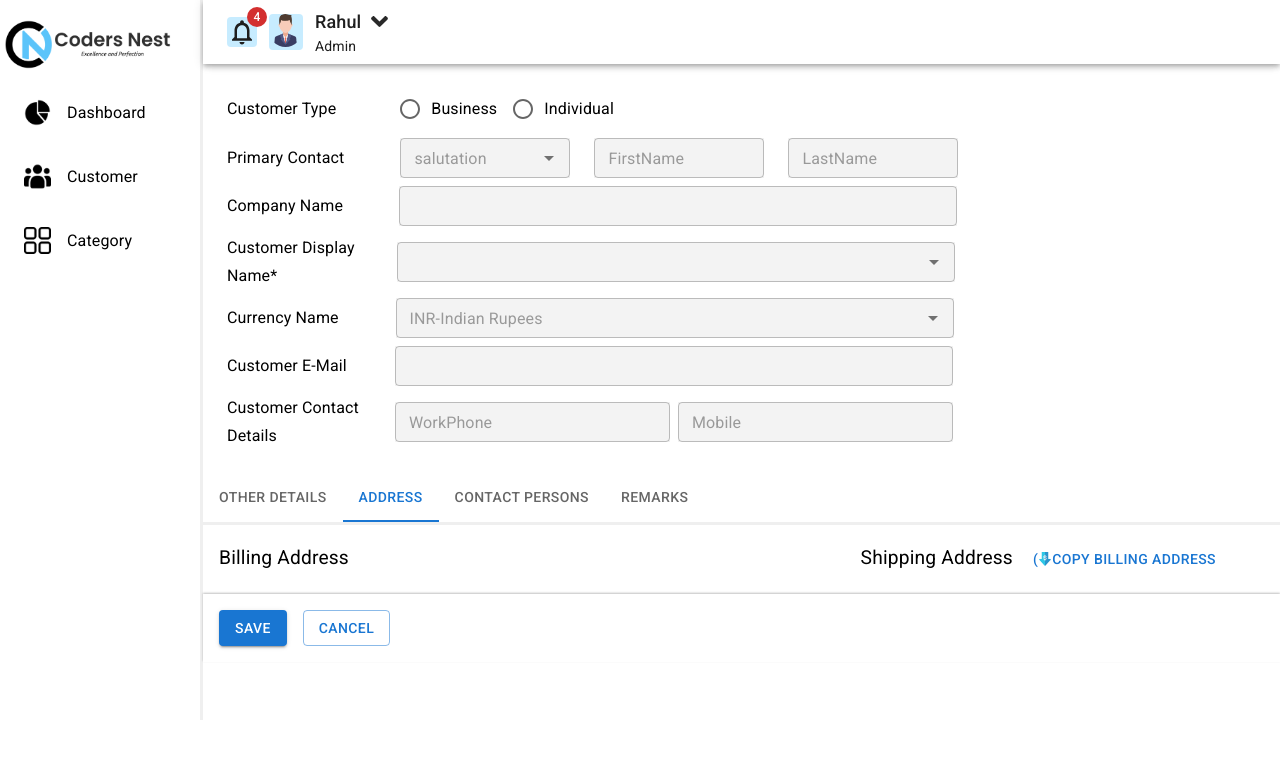
Repository: wajahadalishaik04/CN_Books
Page: /newcustomer, after clicking the first element matching `div.MuiTabs-list > :nth-child(2)`
An editor plug-in stored every save of this project. The page is shown before and after the next save, followed by the edit.
The browser window is 1280 px wide. The pictures show the whole page.
The project was rebuilt for these pictures with package versions that can differ from the ones it lists, and the page was loaded fresh each time. Also part of the build but not shown: vite.config.js, src/pages/LoginScreen.jsx, src/pages/Signin.jsx, src/pages/OtpScreen.jsx, src/pages/SignUp.jsx, src/pages/VerifyScreen.jsx, src/components/Content.jsx, src/pages/DashboardScreen.jsx and 4 more.

Above is the page before, as saved 2024-09-18 01:19:13.

After the next save:
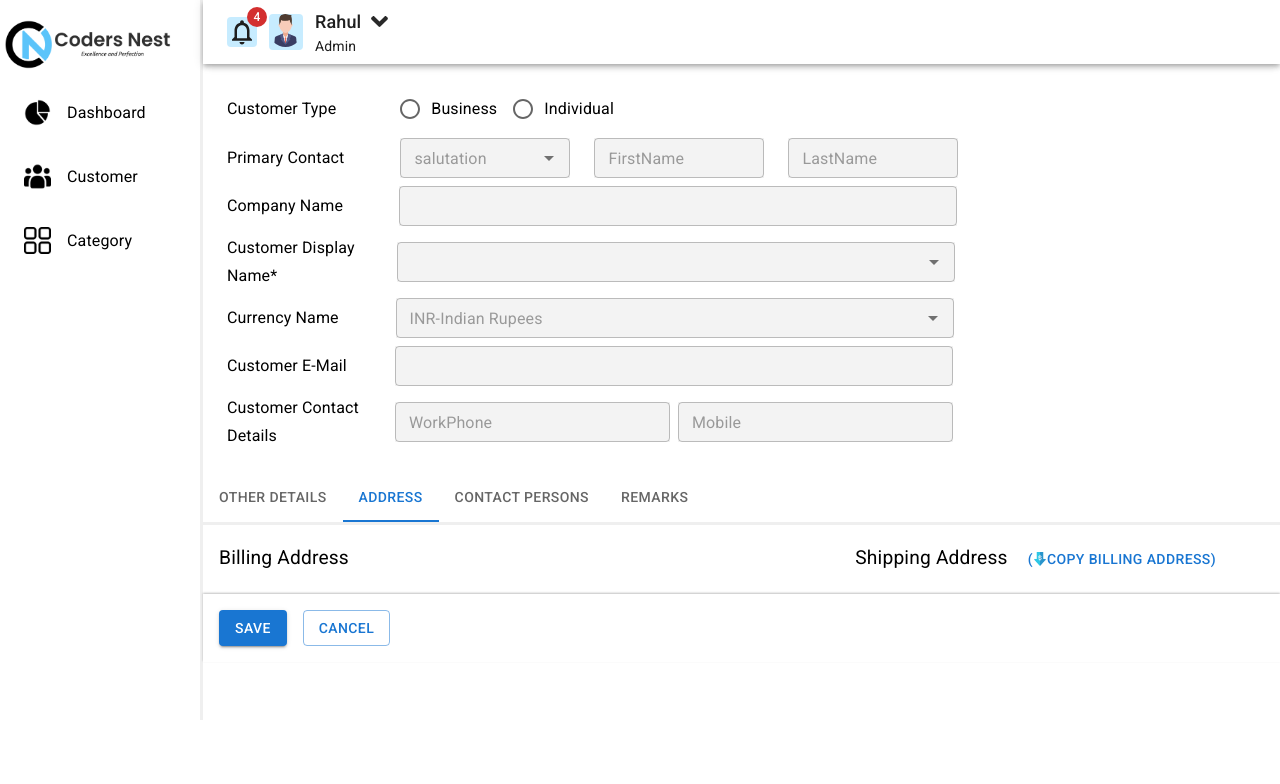
Saved 5 s later.
--- a/src/pages/customerscreens/NewCustomer.jsx
+++ b/src/pages/customerscreens/NewCustomer.jsx
@@ -564,7 +564,7 @@ const NewCustomer = () => {
             <Typography variant="subtitle1"fontSize={"1.2rem"}>Billing Address</Typography>
             <Box sx={{display:"flex",paddingRight:5,gap:1.5}}>
             <Typography variant="subtitle1"fontSize={"1.2rem"}>Shipping Address</Typography>
-           <Box component={Button} variant="text"> (<img src={images.dollararrowicon} alt="" />     Copy billing address </Box>
+           <Box component={Button} variant="text"> (<img src={images.dollararrowicon} alt="" />     Copy billing address) </Box>
 
             </Box>
             </Box>
